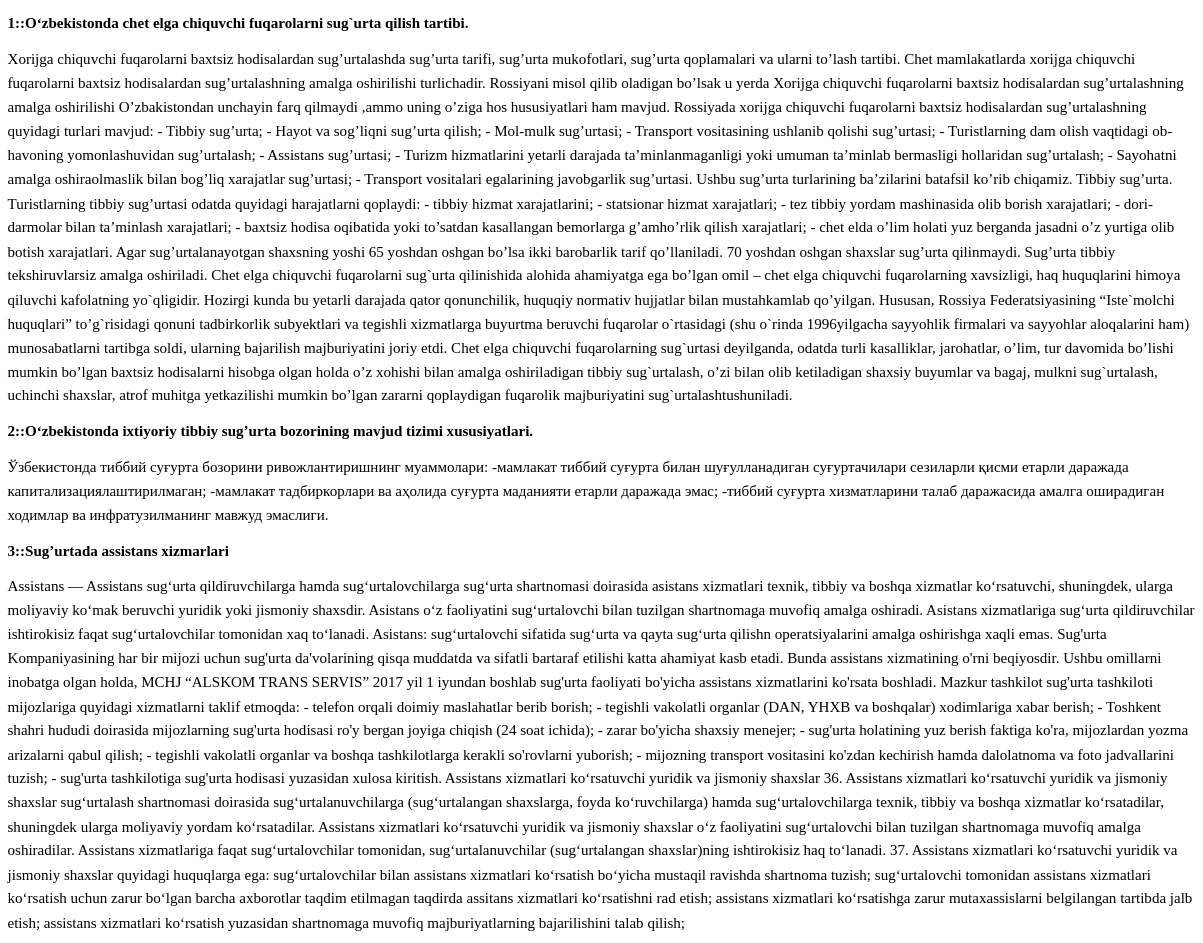
Repository: Ikromkhurozov/exam-inst
Page: index.html
The author's editor kept a copy of each file at every save. The page is drawn from the files as they stood at one save, then again after the next save.
The browser window is 1280 px wide. The pictures show the whole page, at 94% of full size.

Above is the page before, as saved 2023-05-21 15:33:15.

### index.html
<!DOCTYPE html>
<html lang="en">
<head>
  <meta charset="UTF-8">
  <meta http-equiv="X-UA-Compatible" content="IE=edge">
  <meta name="viewport" content="width=device-width, initial-scale=1.0">
  <title>Document</title>

  <style>
    div{
      line-height: 1.6;
    }

    h3{
      font-size: 16px;
    }
  </style>
</head>
<body>
    <h3>1::O‘zbekistonda chet elga chiquvchi fuqarolarni sug`urta qilish tartibi.</h3>
    <div>
      Xorijga chiquvchi fuqarolarni baxtsiz hodisalardan sug’urtalashda sug’urta tarifi,
      sug’urta mukofotlari, sug’urta qoplamalari va ularni to’lash tartibi.
      Chet mamlakatlarda xorijga chiquvchi fuqarolarni baxtsiz hodisalardan sug’urtalashning
      amalga oshirilishi turlichadir. Rossiyani misol qilib oladigan bo’lsak u yerda Xorijga chiquvchi
      fuqarolarni  baxtsiz  hodisalardan  sug’urtalashning  amalga  oshirilishi  O’zbakistondan  unchayin
      farq qilmaydi ,ammo uning o’ziga hos hususiyatlari ham mavjud.
      Rossiyada  xorijga  chiquvchi  fuqarolarni  baxtsiz hodisalardan  sug’urtalashning  quyidagi
      turlari mavjud:
      - Tibbiy sug’urta;
      - Hayot va sog’liqni sug’urta qilish;
      - Mol-mulk sug’urtasi;
      - Transport vositasining ushlanib qolishi sug’urtasi;
      - Turistlarning dam olish vaqtidagi ob- havoning yomonlashuvidan sug’urtalash;
      - Assistans sug’urtasi;
      - Turizm  hizmatlarini  yetarli  darajada  ta’minlanmaganligi  yoki  umuman  ta’minlab
      bermasligi hollaridan sug’urtalash;
      - Sayohatni amalga oshiraolmaslik bilan bog’liq xarajatlar sug’urtasi;
      - Transport vositalari egalarining javobgarlik sug’urtasi.
      Ushbu sug’urta turlarining ba’zilarini batafsil ko’rib chiqamiz.
      Tibbiy sug’urta. Turistlarning tibbiy sug’urtasi odatda quyidagi harajatlarni qoplaydi:
      -  tibbiy hizmat xarajatlarini;
      -  statsionar hizmat xarajatlari;
      - tez tibbiy yordam mashinasida olib borish xarajatlari;
      - dori-darmolar bilan ta’minlash xarajatlari;
      -  baxtsiz  hodisa  oqibatida  yoki  to’satdan  kasallangan  bemorlarga  g’amho’rlik  qilish
      xarajatlari;
      - chet elda o’lim holati yuz berganda jasadni o’z yurtiga olib botish xarajatlari.
      Agar sug’urtalanayotgan shaxsning yoshi 65 yoshdan oshgan bo’lsa ikki barobarlik tarif
      qo’llaniladi.  70  yoshdan  oshgan  shaxslar  sug’urta  qilinmaydi.  Sug’urta  tibbiy  tekshiruvlarsiz
      amalga oshiriladi.

      Chet elga chiquvchi fuqarolarni sug`urta qilinishida alohida ahamiyatga ega bo’lgan omil – chet elga chiquvchi fuqarolarning xavsizligi, haq huquqlarini himoya qiluvchi kafolatning yo`qligidir.

      Hozirgi kunda bu yetarli darajada qator qonunchilik, huquqiy normativ hujjatlar bilan mustahkamlab qo’yilgan. Hususan, Rossiya Federatsiyasining “Iste`molchi huquqlari” to’g`risidagi qonuni tadbirkorlik subyektlari va tegishli xizmatlarga buyurtma beruvchi fuqarolar o`rtasidagi (shu o`rinda 1996yilgacha sayyohlik firmalari va sayyohlar aloqalarini ham) munosabatlarni tartibga soldi, ularning bajarilish majburiyatini joriy etdi.

      Chet elga chiquvchi fuqarolarning sug`urtasi deyilganda, odatda turli kasalliklar, jarohatlar, o’lim, tur davomida bo’lishi mumkin bo’lgan baxtsiz hodisalarni hisobga olgan holda o’z xohishi bilan amalga oshiriladigan tibbiy sug`urtalash, o’zi bilan olib ketiladigan shaxsiy buyumlar va bagaj, mulkni sug`urtalash, uchinchi shaxslar, atrof muhitga yetkazilishi mumkin bo’lgan zararni qoplaydigan fuqarolik majburiyatini sug`urtalashtushuniladi.


    </div>

    <h3>2::O‘zbekistonda ixtiyoriy tibbiy sugʼurta bozorining mavjud tizimi xususiyatlari.</h3>
    <div>
     Ўзбекистонда тиббий суғурта бозорини ривожлантиришнинг муаммолари:
     -мамлакат тиббий суғурта билан шуғулланадиган суғуртачилари сезиларли қисми етарли даражада капитализациялаштирилмаган;
    -мамлакат тадбиркорлари ва  аҳолида суғурта маданияти етарли даражада эмас;
    -тиббий суғурта хизматларини талаб даражасида амалга оширадиган ходимлар ва инфратузилманинг мавжуд эмаслиги.



    </div>

    <h3>3::Sug’urtada assistans xizmarlari</h3>
    <div>
      Assistans — Assistans sugʻurta qildiruvchilarga hamda
      sugʻurtalovchilarga sugʻurta shartnomasi doirasida asistans
      xizmatlari texnik, tibbiy va boshqa xizmatlar koʻrsatuvchi, shuningdek,
      ularga moliyaviy koʻmak beruvchi yuridik yoki jismoniy shaxsdir.
      Asistans oʻz faoliyatini sugʻurtalovchi bilan tuzilgan shartnomaga
      muvofiq amalga oshiradi. Asistans xizmatlariga sugʻurta
      qildiruvchilar ishtirokisiz faqat sugʻurtalovchilar tomonidan xaq
      toʻlanadi. Asistans: sugʻurtalovchi sifatida sugʻurta va qayta sugʻurta
      qilishn operatsiyalarini amalga oshirishga xaqli emas.

      Sug'urta Kompaniyasining har bir mijozi uchun sug'urta
      da'volarining qisqa muddatda va sifatli bartaraf etilishi katta
      ahamiyat kasb etadi. Bunda assistans xizmatining o'rni
      beqiyosdir. Ushbu omillarni inobatga olgan holda, MCHJ
      “ALSKOM TRANS SERVIS” 2017 yil 1 iyundan boshlab sug'urta
      faoliyati bo'yicha assistans xizmatlarini ko'rsata boshladi.

      Mazkur tashkilot sug'urta tashkiloti mijozlariga quyidagi xizmatlarni taklif
      etmoqda:
      - telefon orqali doimiy maslahatlar berib borish;
      - tegishli vakolatli organlar (DAN, YHXB va boshqalar) xodimlariga xabar berish;
      - Toshkent shahri hududi doirasida mijozlarning sug'urta hodisasi ro'y bergan
      joyiga chiqish (24 soat ichida);
      - zarar bo'yicha shaxsiy menejer;
      - sug'urta holatining yuz berish faktiga ko'ra, mijozlardan yozma arizalarni
      qabul qilish;
      - tegishli vakolatli organlar va boshqa tashkilotlarga kerakli so'rovlarni
      yuborish;
      - mijozning transport vositasini ko'zdan kechirish hamda dalolatnoma va foto
      jadvallarini tuzish;
      - sug'urta tashkilotiga sug'urta hodisasi yuzasidan xulosa kiritish.

      Assistans xizmatlari ko‘rsatuvchi yuridik va jismoniy shaxslar
      36. Assistans xizmatlari ko‘rsatuvchi yuridik va jismoniy shaxslar sug‘urtalash
      shartnomasi doirasida sug‘urtalanuvchilarga (sug‘urtalangan shaxslarga, foyda
      ko‘ruvchilarga) hamda sug‘urtalovchilarga texnik, tibbiy va boshqa xizmatlar
      ko‘rsatadilar, shuningdek ularga moliyaviy yordam ko‘rsatadilar.
      Assistans xizmatlari ko‘rsatuvchi yuridik va jismoniy shaxslar o‘z faoliyatini
      sug‘urtalovchi bilan tuzilgan shartnomaga muvofiq amalga oshiradilar.
      Assistans xizmatlariga faqat sug‘urtalovchilar tomonidan, sug‘urtalanuvchilar
      (sug‘urtalangan shaxslar)ning ishtirokisiz haq to‘lanadi.
      37. Assistans xizmatlari ko‘rsatuvchi yuridik va jismoniy shaxslar quyidagi huquqlarga ega:
      sug‘urtalovchilar bilan assistans xizmatlari ko‘rsatish bo‘yicha mustaqil ravishda
      shartnoma tuzish;
      sug‘urtalovchi tomonidan assistans xizmatlari ko‘rsatish uchun zarur bo‘lgan
      barcha axborotlar taqdim etilmagan taqdirda assitans xizmatlari ko‘rsatishni rad
      etish;
      assistans xizmatlari ko‘rsatishga zarur mutaxassislarni belgilangan tartibda jalb
      etish;
      assistans xizmatlari ko‘rsatish yuzasidan shartnomaga muvofiq majburiyatlarning
      bajarilishini talab qilish;
    </div>
</body>
</html>

After the next save:
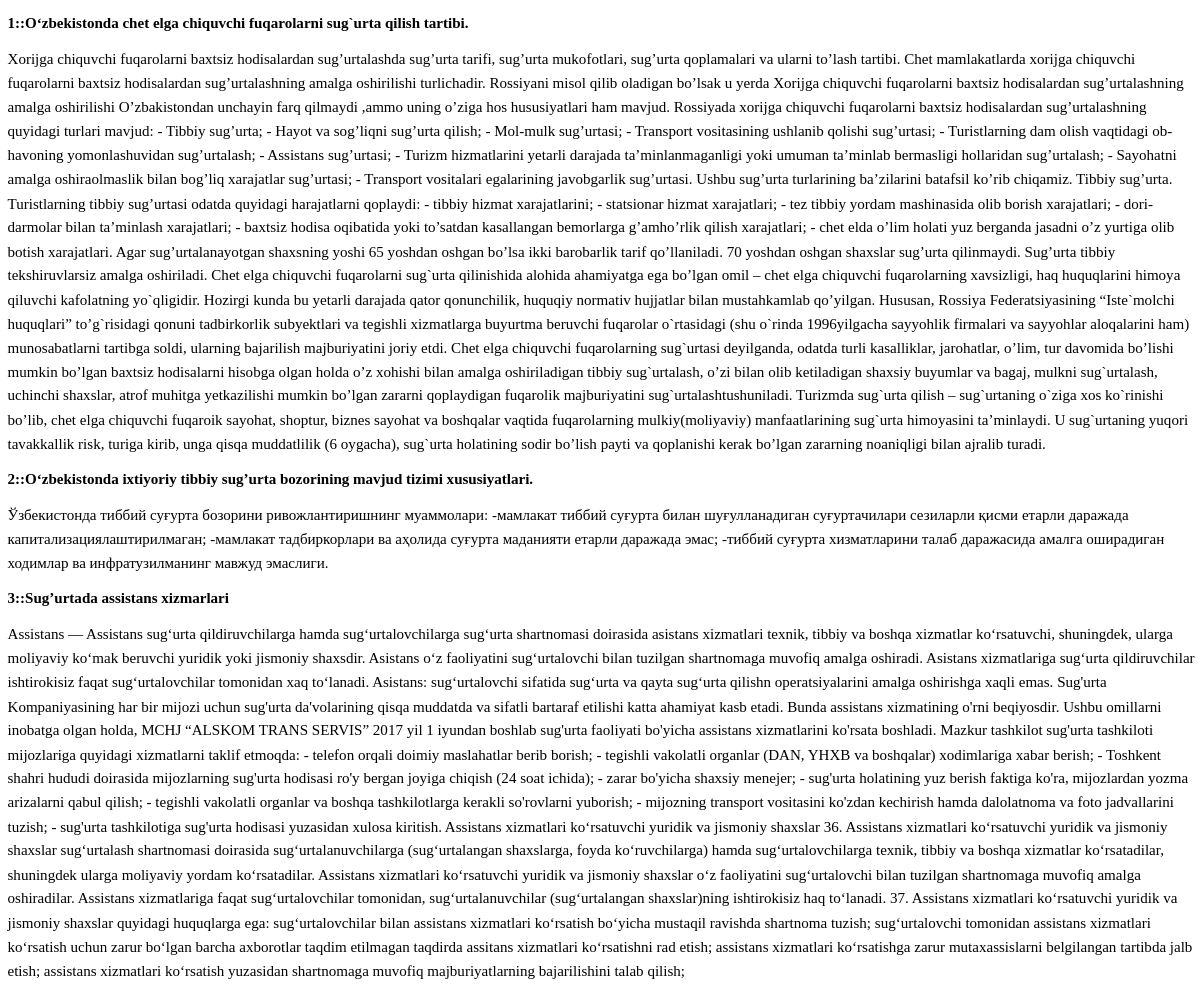
Saved 17 s later.
--- a/index.html
+++ b/index.html
@@ -56,6 +56,7 @@
 
       Chet elga chiquvchi fuqarolarning sug`urtasi deyilganda, odatda turli kasalliklar, jarohatlar, o’lim, tur davomida bo’lishi mumkin bo’lgan baxtsiz hodisalarni hisobga olgan holda o’z xohishi bilan amalga oshiriladigan tibbiy sug`urtalash, o’zi bilan olib ketiladigan shaxsiy buyumlar va bagaj, mulkni sug`urtalash, uchinchi shaxslar, atrof muhitga yetkazilishi mumkin bo’lgan zararni qoplaydigan fuqarolik majburiyatini sug`urtalashtushuniladi.
 
+      Turizmda sug`urta qilish – sug`urtaning o`ziga xos ko`rinishi bo’lib, chet elga chiquvchi fuqaroik sayohat, shoptur, biznes sayohat va boshqalar vaqtida fuqarolarning mulkiy(moliyaviy) manfaatlarining sug`urta himoyasini ta’minlaydi. U sug`urtaning yuqori tavakkallik risk, turiga kirib, unga qisqa muddatlilik (6 oygacha), sug`urta holatining sodir bo’lish payti va qoplanishi kerak bo’lgan zararning noaniqligi bilan ajralib turadi.
 
     </div>
 
